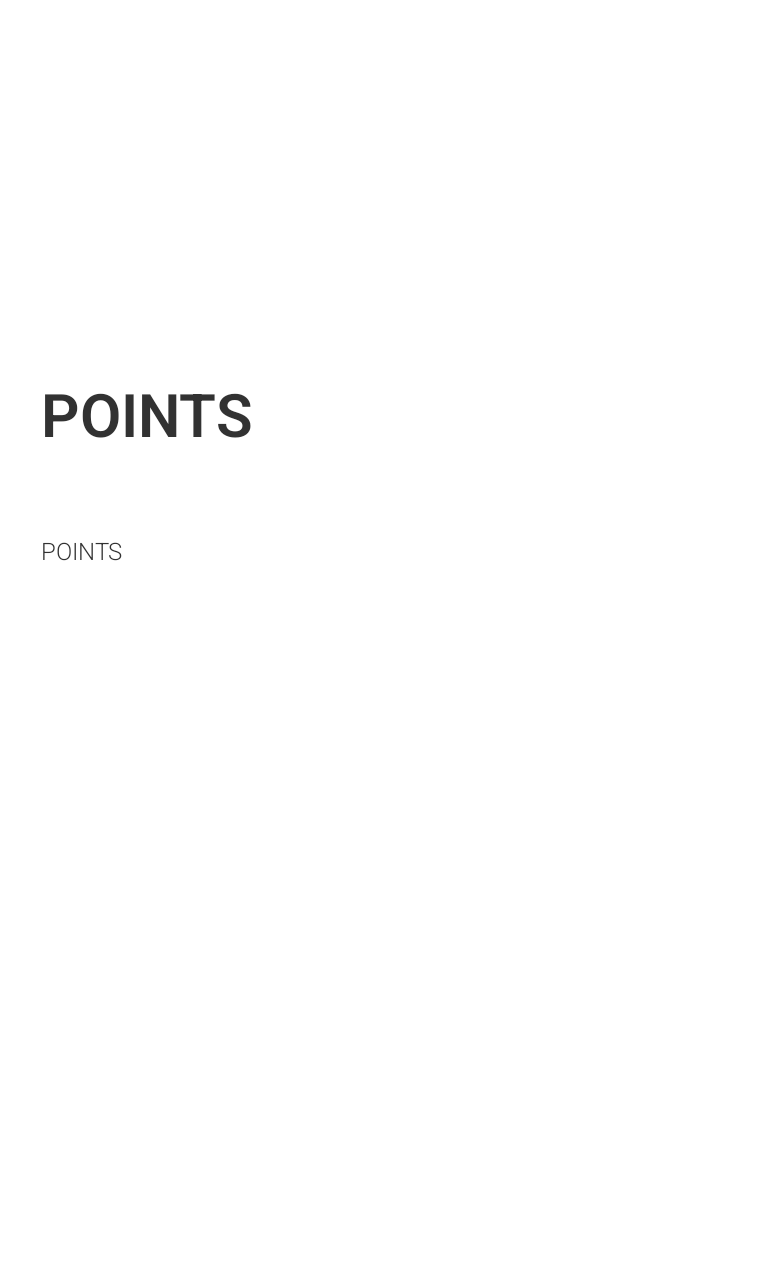
Repository: MikeFynes/ChallengeAccepted
Layout: ChallengeAcceptedFrontEnd/ChallengeDemo/res/layout/my_challenges.xml
An editor plug-in stored every save of this project. The layout is shown before and after a run of saves, followed by the edit.
It is drawn on a 768 x 1280 px phone screen (xhdpi) without system bars, with theme AppTheme; the app's code is not run.

Above is the layout before, as saved 2014-12-09 16:14:50.

### ChallengeAcceptedFrontEnd/ChallengeDemo/res/layout/my_challenges.xml
<?xml version="1.0" encoding="utf-8"?>
<RelativeLayout xmlns:android="http://schemas.android.com/apk/res/android"
    android:layout_width="match_parent"
    android:layout_height="match_parent"
    android:orientation="vertical" >
        <ImageView
        android:contentDescription="@string/image_context"
        android:id="@+id/Img1"
        android:layout_width="150dp"
        android:layout_height="150dp"
        android:scaleType="fitXY"
        android:padding="20dp" />


        <TextView
        android:id="@+id/my_status"
        android:layout_width="wrap_content"
        android:layout_height="wrap_content"
        android:layout_toRightOf="@id/Img1"
        android:gravity="center"
        />


    <TextView
        android:id="@+id/Tv1"
        android:layout_width="wrap_content"
        android:layout_height="wrap_content"
        android:layout_toRightOf="@id/Img1"
        android:layout_below="@id/my_status"
        android:gravity="center"
        />
    <TextView
        android:id="@+id/Tv2"
        android:layout_width="wrap_content"
        android:layout_height="wrap_content"
        android:layout_below="@id/Img1"
        android:gravity="center_horizontal"
        />
    <TextView
        android:id="@+id/points_title"
        android:layout_width="wrap_content"
        android:layout_height="wrap_content"
        android:text="@string/challenge_points"
        android:layout_below="@id/Tv2"
        android:gravity="center"
        android:padding="20dp"
        android:textSize="30sp"
        android:textStyle="bold"
        />
        <TextView
        android:id="@+id/points_value"
        android:layout_width="wrap_content"
        android:layout_height="wrap_content"
        android:text="@string/challenge_points"
        android:layout_below="@id/points_title"
        android:gravity="center_horizontal"
        android:padding="20dp"
        />
        <LinearLayout
            android:id="@+id/my_button_view"
                    android:layout_width="fill_parent"
        android:layout_height="wrap_content"

        android:layout_alignParentBottom="true"
        android:orientation="horizontal"></LinearLayout>

</RelativeLayout>

### ChallengeAcceptedFrontEnd/ChallengeDemo/res/values/styles.xml
<?xml version="1.0" encoding="utf-8"?>
<!-- File created by the Android Action Bar Style Generator

     Copyright (C) 2011 The Android Open Source Project
     Copyright (C) 2012 readyState Software Ltd

     Licensed under the Apache License, Version 2.0 (the "License");
     you may not use this file except in compliance with the License.
     You may obtain a copy of the License at

          http://www.apache.org/licenses/LICENSE-2.0

     Unless required by applicable law or agreed to in writing, software
     distributed under the License is distributed on an "AS IS" BASIS,
     WITHOUT WARRANTIES OR CONDITIONS OF ANY KIND, either express or implied.
     See the License for the specific language governing permissions and
     limitations under the License.
-->

<resources xmlns:android="http://schemas.android.com/apk/res/android">

    <style name="AppTheme" parent="@android:style/Theme.Holo.Light">
<item name="android:actionBarTabStyle">@style/MyActionBarTabsIndicator</item>

        <item name="android:actionBarStyle">@style/MyActionBar</item>
        <item name="android:actionBarTabTextStyle">@style/MyActionBarTabText</item>

        <item name="android:actionMenuTextColor">@style/MyActionBarTitleText</item>
        <item name="android:textViewStyle">@style/RobotoTextViewStyle</item>
        <item name="android:buttonStyle">@style/RobotoButtonStyle</item>

    </style>



    <style name="RobotoTextViewStyle" parent="android:Widget.TextView">
    <item name="android:fontFamily">sans-serif-light</item>
     <item name="android:textSize">12sp</item>
</style>

<style name="RobotoButtonStyle" parent="android:Widget.Holo.Button">
    <item name="android:fontFamily">sans-serif-light</item>
     <item name="android:textSize">12sp</item>
     <item name="android:textColor">@color/black</item>
</style>

 <style name="MyActionBarTabsIndicator"
        parent="android:Widget.Holo.Light.ActionBar.TabView">
        <!-- tab indicator -->
        <item name="android:state_pressed">true</item>
        <item name="android:background">@drawable/tab_indicator</item>
    </style>

    <!-- ActionBar styles -->
    <style name="MyActionBar"
        parent="android:Widget.Holo.Light.ActionBar">

        <item name="android:background" >@color/actionbar</item>
        </style>

    <!-- ActionBar title text -->
    <style name="MyActionBarTitleText"
        parent="android:TextAppearance.Holo.Widget.ActionBar.Title">
        <item name="android:textColor">@color/black</item>
    </style>



    <!-- ActionBar tabs text styles -->
    <style name="MyActionBarTabText"
        parent="android:Widget.Holo.ActionBar.TabText">
        <item name="android:textColor">@color/black</item>
    </style>



</resources>

### ChallengeAcceptedFrontEnd/ChallengeDemo/res/values/color.xml
<?xml version="1.0" encoding="utf-8"?>
<resources>

    <color name="white">#FFFFFF</color>
    <color name="black">#000000</color>

<!--      CHALLENGES COLOURS -->
    <color name="selected_cat">#00695C</color>
    <color name="list_selected_chall">#B2DFDB</color>

<!--     ACTIONBAR COLOURS -->
    <color name="actionbar">#009688</color>


</resources>

### ChallengeAcceptedFrontEnd/ChallengeDemo/res/drawable/tab_indicator.xml
<?xml version="1.0" encoding="utf-8"?>
<selector xmlns:android="http://schemas.android.com/apk/res/android" >
    <!-- STATES WHEN BUTTON IS NOT PRESSED -->

    <!-- Non focused states -->
    <item android:state_focused="false" android:state_selected="false"
        android:state_pressed="false"
        android:drawable="@color/actionbar" />
    <item android:state_focused="false" android:state_selected="true"
        android:state_pressed="false"
        android:drawable="@color/list_selected_chall" />

    <!-- Focused states (such as when focused with a d-pad or mouse hover) -->
    <item android:state_focused="true" android:state_selected="false"
        android:state_pressed="false"
        android:drawable="@color/actionbar" />
    <item android:state_focused="true" android:state_selected="true"
        android:state_pressed="false"
        android:drawable="@color/list_selected_chall" />


    <!-- STATES WHEN BUTTON IS PRESSED -->

    <!-- Non focused states -->
    <item android:state_focused="false" android:state_selected="false"
        android:state_pressed="true"
        android:drawable="@color/actionbar" />
    <item android:state_focused="false" android:state_selected="true"
        android:state_pressed="true"
        android:drawable="@color/list_selected_chall" />

    <!-- Focused states (such as when focused with a d-pad or mouse hover) -->
    <item android:state_focused="true" android:state_selected="false"
        android:state_pressed="true"
        android:drawable="@color/list_selected_chall" />
    <item android:state_focused="true" android:state_selected="true"
        android:state_pressed="true"
        android:drawable="@color/list_selected_chall" />

</selector>

### ChallengeAcceptedFrontEnd/ChallengeDemo/res/values/strings.xml
<?xml version="1.0" encoding="utf-8"?>
<resources>
	<string name="image_context">image</string>
    <string name="app_name">ChallengeApp</string>
    <string name="start_select_user">Select User</string>
    <string name="select_challenge">Select Challenge</string>
    <string name="select_category">Select Category</string>
    <string name="action_settings">Settings</string>

      <string name="text_accepted">ACCEPTED</string>
    <string name="text_received">RECEIVED</string>

    <string name="tab_lbl_my_challenges">My Challenges</string>
    <string name="tab_lbl_scoreboard">Scoreboard</string>
    <string name="tab_lbl_create_challenge">Challenge</string>
    <string name="tab_lbl_welcome">Welcome</string>
    <string name="btn_accept">Accept</string>
    <string name="btn_decline">Decline</string>



    <string name="btn_complete">Complete</string>
    <string name="no_challTitle">No Challenge Yet</string>
    <string name="no_challDesc">No Challenge has been issued</string>
    <string name="btnChallenge">SEND CHALLENGE!</string>
    <string name="btnBack">Back</string>
    <string name="btn_add_user">Add User</string>

    <string name="challenge_title">CHALLENGE</string>
    <string name="challenge_points">POINTS</string>

      <string name="user_points">Score</string>
  		<string name="user_name">Name</string>

  		<string name="fill_form">Enter details below and click complete to add a user</string>
  		<string name="add_name">User Name</string>


  		<string name="welcome_start">Welcome</string>
  		<string name="welcome_from_start">Navigate through tabs to challenges!</string>

  		<string name="welcome_response">Response Logged!</string>
  		<string name="welcome_from_response">Your response has been added!</string>

  		  		<string name="welcome_complete">Challenge Complete</string>
  		<string name="welcome_from_complete">You go girl!</string>

  		  		<string name="welcome_sent">Challenge Sent</string>
  		<string name="welcome_from_sent">Oooooooooooh!</string>
</resources>

After the next 2 saves:
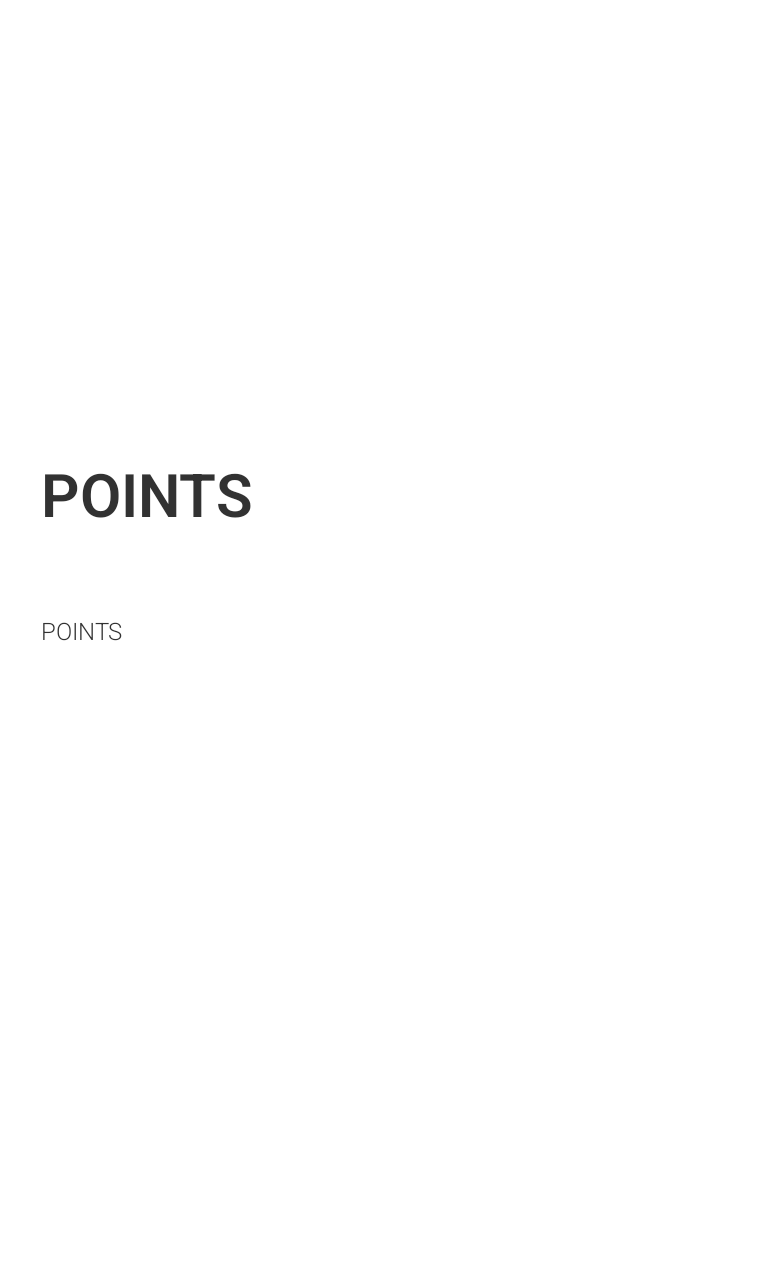
The 2 saves are shown as one change because they came seconds apart.
The last was saved 19 s later.
--- a/ChallengeAcceptedFrontEnd/ChallengeDemo/res/layout/my_challenges.xml
+++ b/ChallengeAcceptedFrontEnd/ChallengeDemo/res/layout/my_challenges.xml
@@ -18,6 +18,7 @@
         android:layout_height="wrap_content"
         android:layout_toRightOf="@id/Img1"
         android:gravity="center"
+         android:padding="20dp"
         />
 
 
@@ -28,6 +29,7 @@
         android:layout_toRightOf="@id/Img1"
         android:layout_below="@id/my_status"
         android:gravity="center"
+         android:padding="20dp"
         />
     <TextView
         android:id="@+id/Tv2"
@@ -35,6 +37,7 @@
         android:layout_height="wrap_content"
         android:layout_below="@id/Img1"
         android:gravity="center_horizontal"
+         android:padding="20dp"
         />
     <TextView
         android:id="@+id/points_title"
